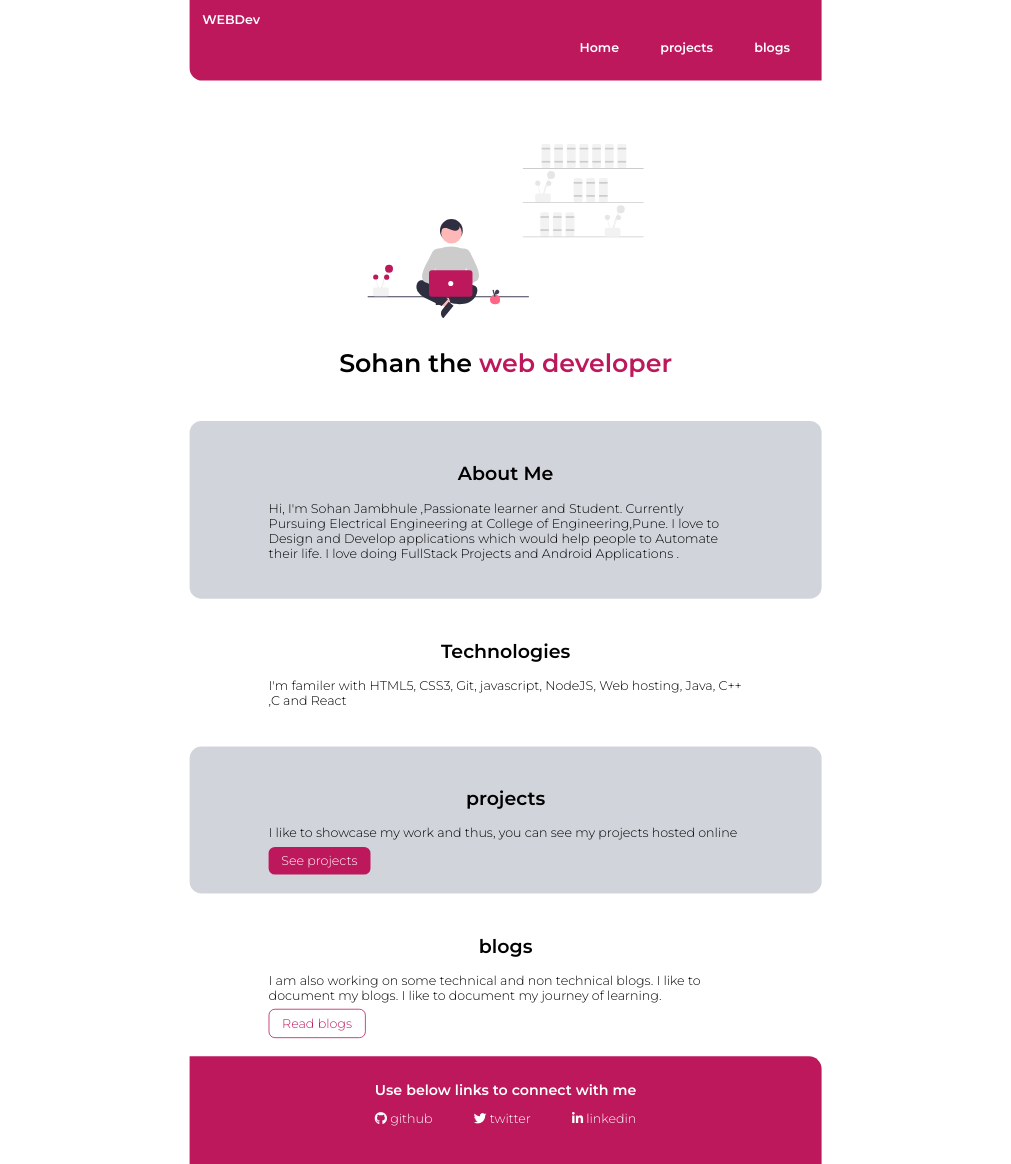
Repository: sohan2503001/Portfolio
Page: index.html
An editor plug-in stored every save of this project. The page is shown before and after a run of saves, followed by the edit.
The browser window is 1280 px wide. The pictures show the whole page, at 79% of full size.

Above is the page before, as saved 2021-04-22 01:19:52.

### index.html
<!DOCTYPE html>
<html lang="en">

<head>
  <meta charset="UTF-8" />
  <meta name="viewport" content="width=device-width, initial-scale=1.0" />
  <title>home | Sohan Jambhule</title>
  <link rel="stylesheet" href="style.css" />
  <link rel="stylesheet" href="https://cdnjs.cloudflare.com/ajax/libs/font-awesome/5.15.1/css/all.min.css">
  <link rel="icon" href="images/favicon.svg" sizes="any" type="image/svg+xml">

</head>

<body>

  <nav class="navigation container">
    <div class="nav-brand">WEBDev</div>
    <ul class="list-non-bullet nav-pills">
      <li class="list-item-inline">
        <a class="link link-active" href="/">Home</a>
      </li>
      <li class="list-item-inline">
        <a class="link link-active" href="projects.html">projects</a>
      </li>
      <li class="list-item-inline">
        <a class="link link-active" href="blogs.html">blogs</a>
      </li>
    </ul>
  </nav>

  <header class="hero">
    <img class="hero-img" src="images/hero.svg" alt="" />
    <h1 class="hero-heading">
      Sohan the <span class="heading-inverted"> web developer</span>
    </h1>
  </header>

  <section class="section ow">
    <div class="container container-center">
      <h1>About Me</h1>
      <p>
        Hi, I'm Sohan Jambhule ,Passionate learner and Student.
        Currently Pursuing Electrical Engineering at College of Engineering,Pune.
        I love to Design and Develop applications which would help people to Automate their life.
        I love doing FullStack Projects and Android Applications .
      </p>
    </div>
  </section>

  <section class="section">
    <div class="container container-center">
      <h1>Technologies</h1>
      <p style="">
        I'm familer with HTML5, CSS3, Git, javascript, NodeJS, Web hosting,
        Java, C++ ,C and React
      </p>
    </div>
  </section>

  <section class="section ow">
    <div class="container container-center">
      <h1>projects</h1>
      <p>
        I like to showcase my work and thus, you can see my projects hosted
        online
      </p>
      <a class="link link-primary" href="projects.html">See projects</a>
    </div>
  </section>

  <section class="section ">
    <div class="container container-center">
      <h1>blogs</h1>
      <p>
        I am also working on some technical and non technical blogs. I like to
        document my blogs. I like to document my journey of learning.
      </p>
      <a class="link link-secondary" href="blogs.html">Read blogs</a>
    </div>
  </section>

  <footer class="footer">
    <div class="footer-header">Use below links to connect with me</div>
    <ul class="social-links list-non-bullet">
      <li class="list-item-inline">
        <a class="link" href="https://github.com/sohan2503001" target="_blank"><i class="fab fa-github"
            aria-hidden="true"></i>
          github
        </a>
      </li>
      <li class="list-item-inline">
        <a class="link" href="https://twitter.com/JambhuleSohan" target="_blank"><i class="fab fa-twitter"></i>
          twitter
        </a>
      </li>
      <li class="list-item-inline">
        <a class="link" href="https://www.linkedin.com/in/sohan-jambhule-144528198/" target="_blank"><i
            class="fab fa-linkedin-in"></i>
          linkedin
        </a>
      </li>

    </ul>
  </footer>

<script src="code.js"></script>
</body>
</html>

### style.css
@import url('https://fonts.googleapis.com/css2?family=Montserrat:wght@300;600&display=swap');

:root{
    --primary-color: #BE185D;
    --dark-gray: #4B5563;
    --off-white: #D1D5DB;
}

body {
    font-family: 'Montserrat', sans-serif;
    margin: auto;
    max-width: 800px;
    width: 100%;
}

hr{
    margin: 2rem 0rem;
}

/** container **/
.container{
    padding: 0rem 1rem;
}

.container-center{
    max-width: 600px;
    margin: auto;
}

/** links **/
.link{
    text-decoration: none;
    padding: 0.5rem 1rem;
    /*margin: 1rem 0rem 1rem 0rem;*/
}

.link-primary{
    background-color: var(--primary-color);
    border-radius: 0.5rem;
    color:white;
}

.link-secondary{
    color: var(--primary-color);
    border-radius: 0.5rem;
    border: 1px solid var(--primary-color);
}

/** lists **/

.list-non-bullet{
    list-style: none;
}

.list-item-inline{
    display: inline;
    padding: 0rem 0.5rem;
}

/** navigation **/

.navigation{
    background-color: var(--primary-color);
    color: white;
    padding: 1rem;
    border-bottom-left-radius: 1rem;
}

.navigation .nav-brand{
    font-weight: bold;
}

.navigation .nav-pills{
    text-align: right;
}

.navigation .link{
    color: white;
}

.navigation .link-active{
    font-weight: bold;
}

/**header **/

.hero{
    padding: 2rem;
    padding-top: 5rem;
}

.hero .hero-img{
    max-width: 350px;
    display: block;
    margin: auto;
}

.hero .hero-heading{
    padding-top: 1rem;
    color: var(--dark-red);
    text-align: center;
}

.hero .hero-heading .heading-inverted{
    color: var(--primary-color)
}

/** section **/
.section{
    padding: 2rem;
    border-radius: 15px;
}

.section h1{
    text-align: center;
}

.ow {
    background-color: var(--off-white);
}

/**footer **/

.footer{
    background-color: var(--primary-color);
    padding: 2rem 1rem;
    text-align: center;
    color: white;
    border-top-right-radius: 1rem;
    position: relative;
}

.footer .link{
    color: white;
}

.footer .footer-header{
    font-weight: bold;
    font-size: large;
}

.footer ul{
    padding-inline-start: 0px;
}

### code.js
function myFunction() {
    var element = document.body;
    element.classList.toggle("dark-mode");
}

After the next 2 saves:
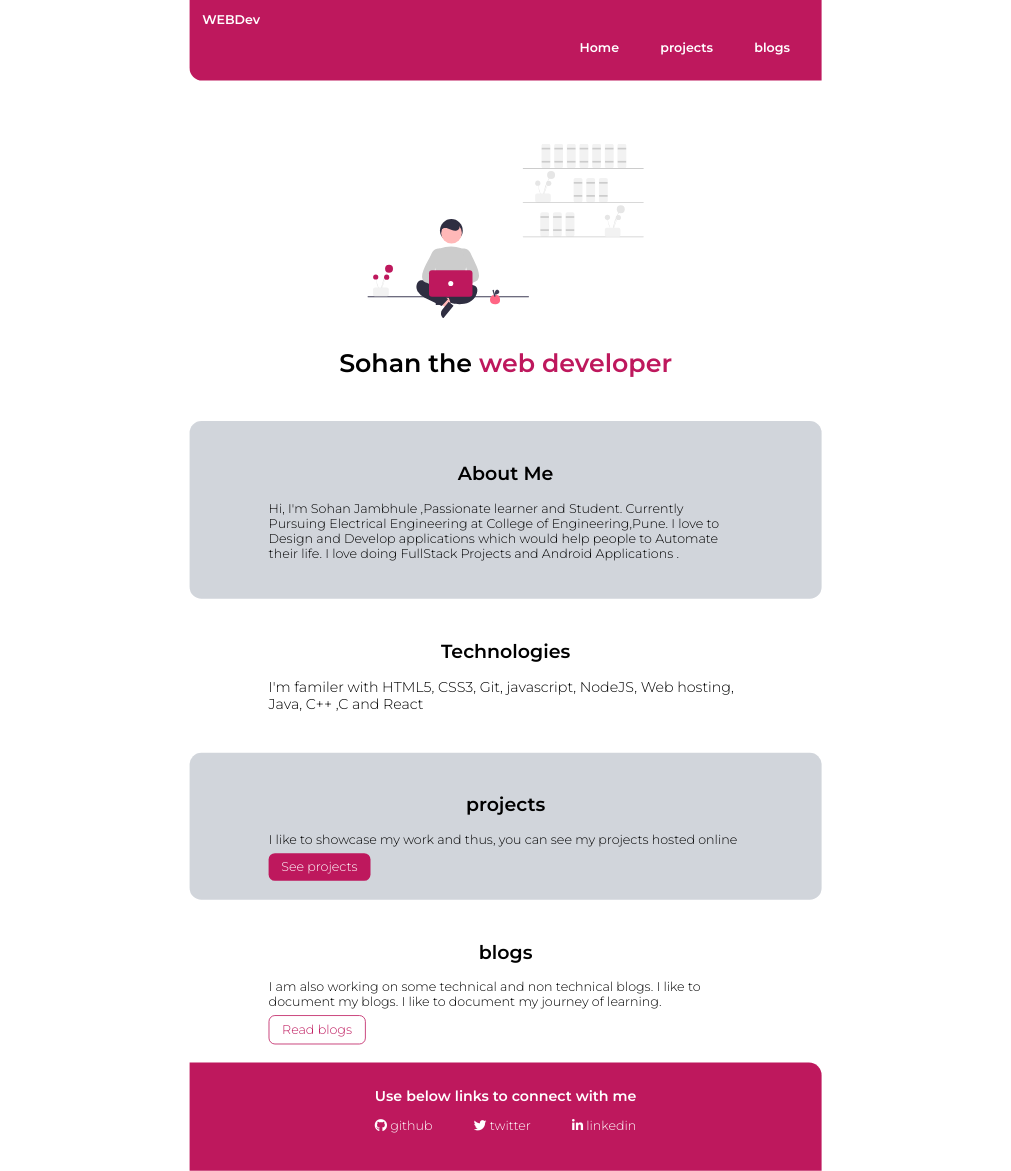
The 2 saves are shown as one change because they came seconds apart.
The last was saved 7 s later.
--- a/index.html
+++ b/index.html
@@ -50,7 +50,7 @@
   <section class="section">
     <div class="container container-center">
       <h1>Technologies</h1>
-      <p style="">
+      <p style="font-size: large;">
         I'm familer with HTML5, CSS3, Git, javascript, NodeJS, Web hosting,
         Java, C++ ,C and React
       </p>

After the 2 saves that followed:
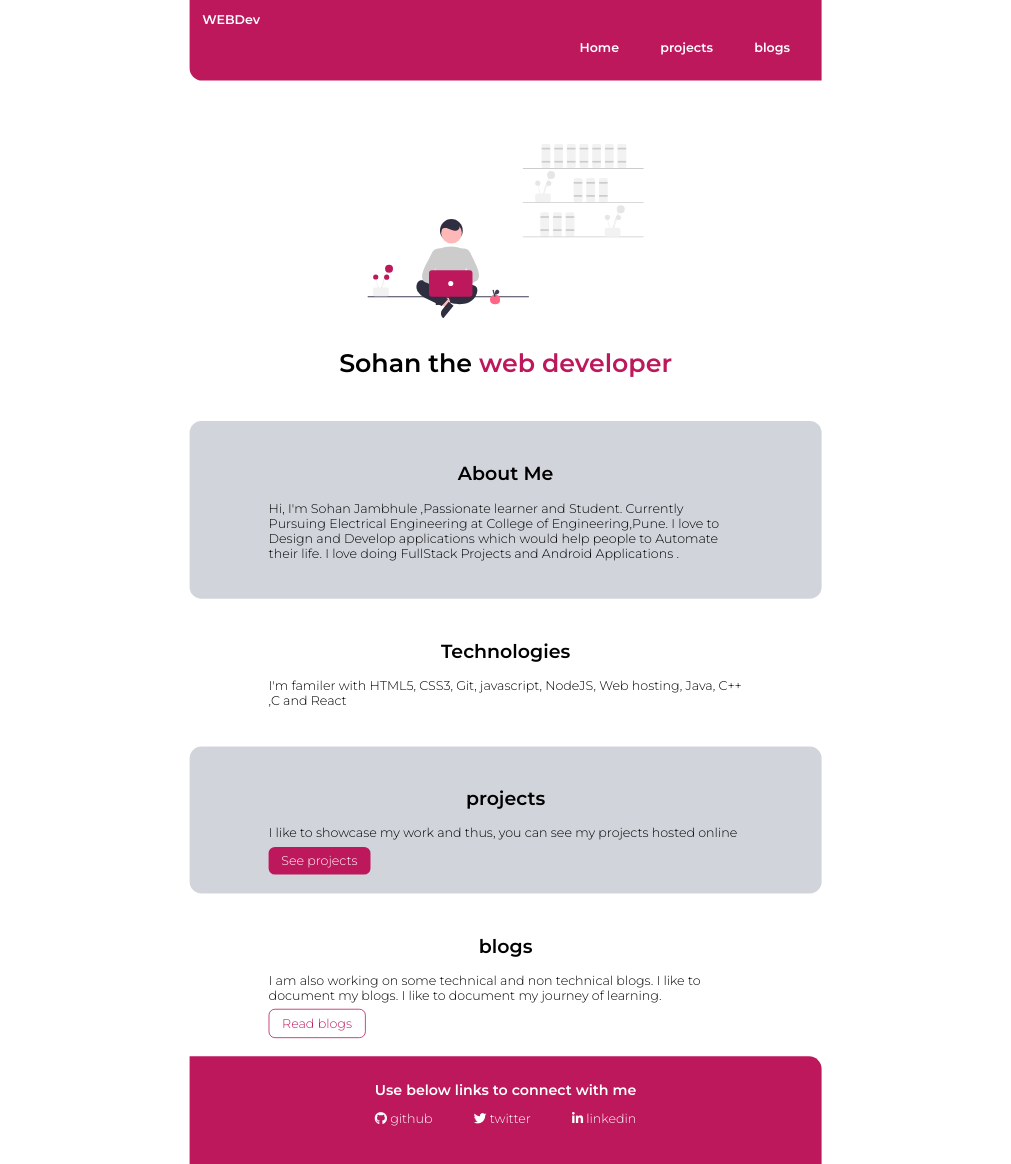
The 2 saves are shown as one change because they came seconds apart.
The last was saved 6 s later.
--- a/index.html
+++ b/index.html
@@ -50,7 +50,7 @@
   <section class="section">
     <div class="container container-center">
       <h1>Technologies</h1>
-      <p style="font-size: large;">
+      <p style="font-size: bold;">
         I'm familer with HTML5, CSS3, Git, javascript, NodeJS, Web hosting,
         Java, C++ ,C and React
       </p>
